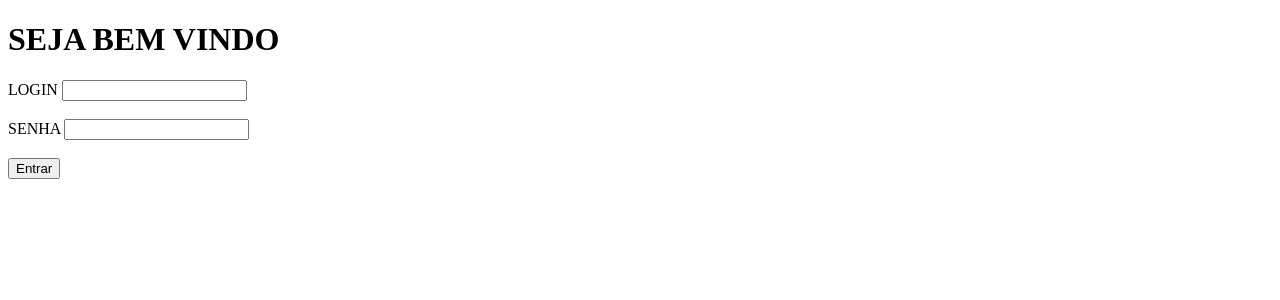
Repository: JulioCesarSF/Java
Page: http://localhost/05-JSP-Servlet/
The author's editor kept a copy of each file at every save. The page is drawn from the files as they stood at one save, then again after the next save.
The browser window is 1280 px wide. The pictures show the whole page.
The page is served by Tomcat 9. Other server files are loaded and not shown.

Above is the page before, as saved 2016-08-18 11:19:44.

### ProjetosFaculdade/Thiago/05-JSP-Servlet/WebContent/index.jsp
<%@ page language="java" contentType="text/html; charset=ISO-8859-1"
	pageEncoding="ISO-8859-1"%>
<!DOCTYPE html PUBLIC "-//W3C//DTD HTML 4.01 Transitional//EN" "http://www.w3.org/TR/html4/loose.dtd">
<html>
<head>
<meta http-equiv="Content-Type" content="text/html; charset=ISO-8859-1">
<title>PÁGINA DE INICIO</title>
</head>
<body>
	<h1>SEJA BEM VINDO</h1>
	<form method="post" action="logar">
		<div>
			<label for="nome">LOGIN</label>
			<input type="text" name="usuario" id="nome" class="id">
		</div>
		<br>
		<div>
			<label for="senha">SENHA</label>
			<input type="password" name="senha" id="senha">
		</div>
		<br>
		<div>
			<input type="submit" value="Entrar">
		</div>
	</form>
</body>
</html>

After the next save:
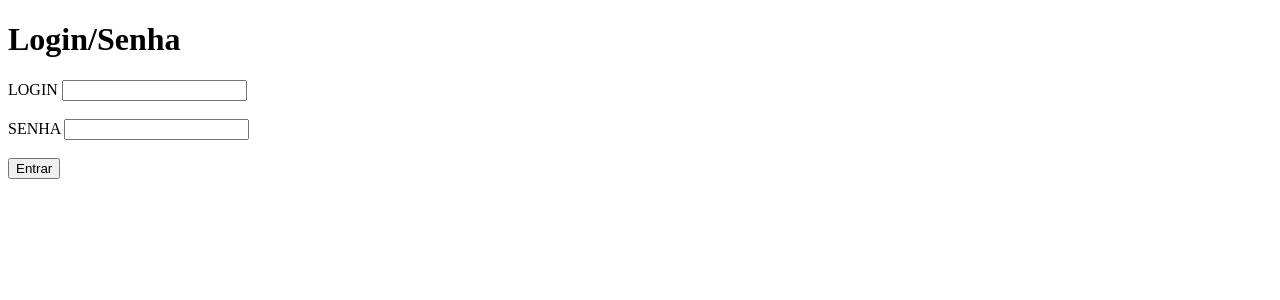
Saved 52 s later.
--- a/ProjetosFaculdade/Thiago/05-JSP-Servlet/WebContent/index.jsp
+++ b/ProjetosFaculdade/Thiago/05-JSP-Servlet/WebContent/index.jsp
@@ -7,7 +7,7 @@
 <title>PÁGINA DE INICIO</title>
 </head>
 <body>
-	<h1>SEJA BEM VINDO</h1>
+	<h1>Login/Senha</h1>
 	<form method="post" action="logar">
 		<div>
 			<label for="nome">LOGIN</label>
